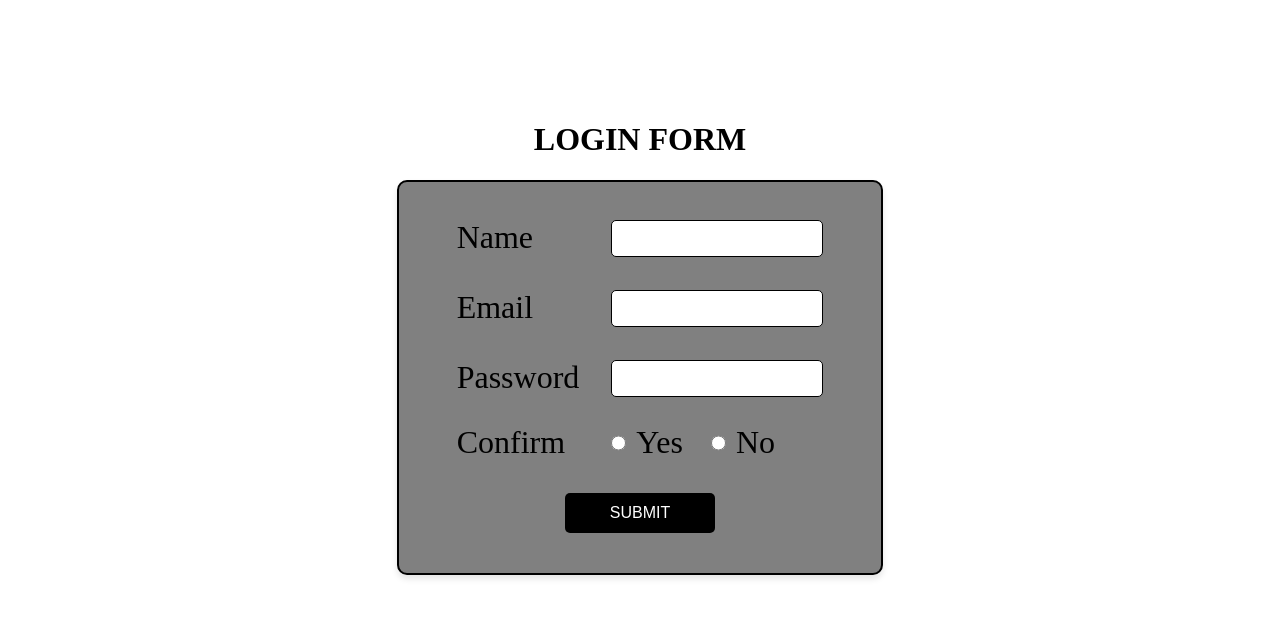
Repository: obusakthi539/Loginform
Page: Form.html
These files come from the project's save history. The page is drawn as it stood at one moment and after the next save; the edit follows.
The browser window is 1280 px wide. The pictures show the whole page.

Above is the page before, as saved 2025-01-11 14:31:52.

### Form.html
<!DOCTYPE html>
<html lang="en">
<head>
    <meta charset="UTF-8">
    <meta name="viewport" content="width=device-width, initial-scale=1.0">
    <title>Document</title>
    <style>
        body {
            display: flex;
            flex-direction: column;
            align-items: center;
            justify-content: center;
            margin-top: 100px;
        }
        .a {
            background-color: gray;
            font-size: xx-large;
            width: 35%;
            display: flex;
            flex-direction: column;
            padding: 20px;
            border: 2px solid black;
            border-radius: 10px;
            box-shadow: 0px 4px 6px rgba(0, 0, 0, 0.1);
        }
        .a input {
            width: 200px;
            height: 25px;
            margin: 5px 0;
            border: 1px solid black;
            border-radius: 5px;
            padding: 5px;
        }
        #i {
            width: 15px;
            height: 20px;
            margin-right: 10px;
        }
        button {
            display: block;
            margin: 20px auto;
            width: 150px;
            height: 40px;
            background-color: black;
            color: white;
            border: none;
            border-radius: 5px;
            cursor: pointer;
            font-size: medium;
        }
        button:hover {
            background-color: darkgray;
        }
        table {
            margin: 0 auto;
        }
        table td {
            padding: 10px 15px; /* Add padding for spacing */
        }
    </style>
</head>
<body>
    <h1>LOGIN FORM</h1>
    <div class="a">
        <form action="">
            <table>
                <tr>
                    <td><label for="">Name</label></td>
                    <td><input type="text"></td>
                </tr>
                <tr>
                    <td><label for="">Email</label></td>
                    <td><input type="email"></td>
                </tr>
                <tr>
                    <td><label for="">Password</label></td>
                    <td><input type="password"></td>
                </tr>
                <tr>
                    <td><label for="">Confirm</label></td>
                    <td>
                        <input type="radio" name="a" id="i">Yes
                        <input type="radio" name="a" id="i" style="margin-left: 20px;">No
                    </td>
                </tr>
            </table>
            <button type="submit">SUBMIT</button>
        </form>
    </div>
</body>
</html>

After the next save:
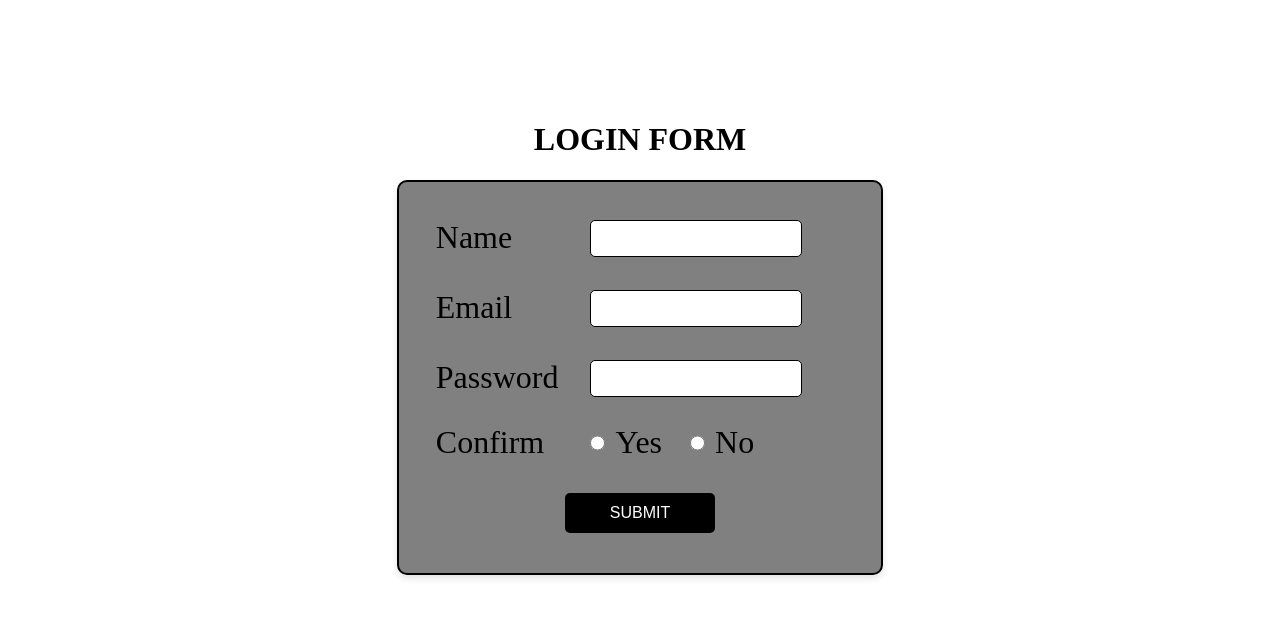
Saved 106 s later.
--- a/Form.html
+++ b/Form.html
@@ -51,9 +51,7 @@
         button:hover {
             background-color: darkgray;
         }
-        table {
-            margin: 0 auto;
-        }
+
         table td {
             padding: 10px 15px; /* Add padding for spacing */
         }

After the save that followed:
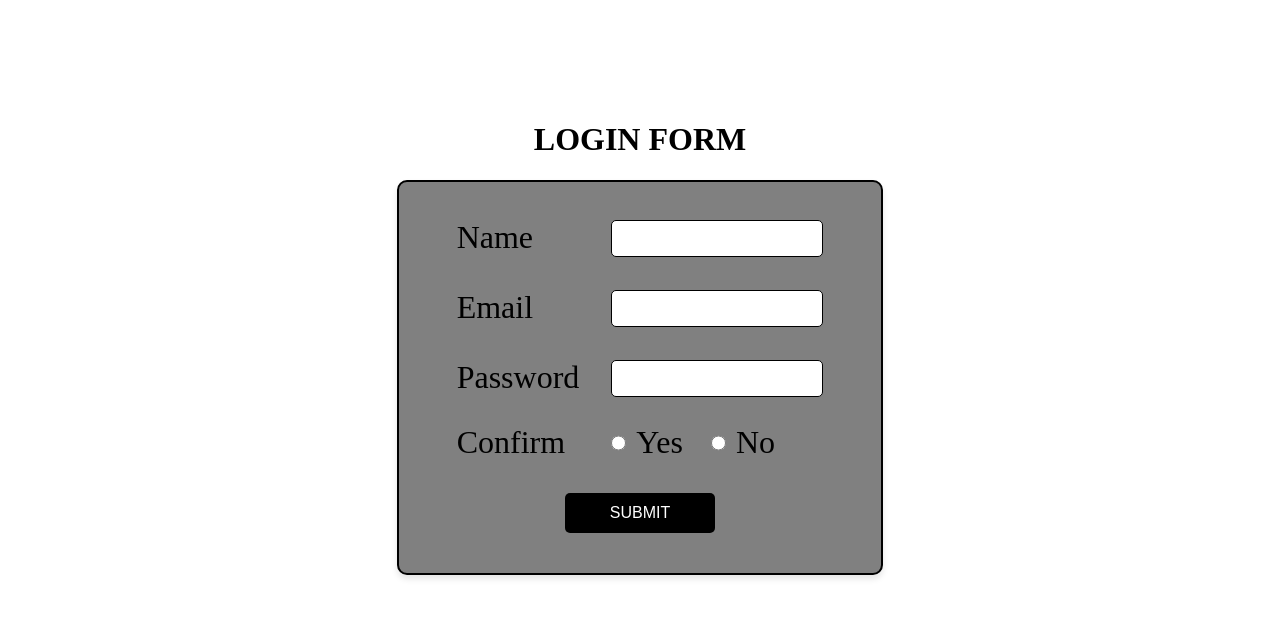
Saved 6 s later.
--- a/Form.html
+++ b/Form.html
@@ -51,7 +51,9 @@
         button:hover {
             background-color: darkgray;
         }
-
+        table {
+            margin: 0 auto;
+        }
         table td {
             padding: 10px 15px; /* Add padding for spacing */
         }
